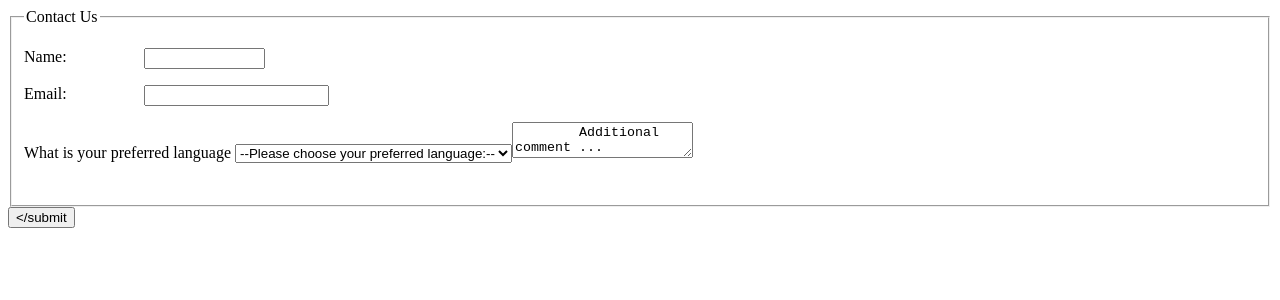
Repository: samuraijane/dc-builders
Page: week6/1-tuesday/homework/exercise2/index.html
An editor plug-in stored every save of this project. The page is shown before and after the next save, followed by the edit.
The browser window is 1280 px wide. The pictures show the whole page.

Above is the page before, as saved 2020-08-13 19:05:50.

### week6/1-tuesday/homework/exercise2/index.html
<!doctype html>

<html lang="en">
  <head>
    <meta charset="utf-8">
    <title>Week6 – Tuesday Homework Exercise 2</title>
    <meta name="description" content="Week6 – Tuesday Homework Exercise 2">
    <meta name="author" content="<yourNameGoesHere>">
    <link rel="stylesheet" href="style.css">
  </head>

  <body>
   <form onsubmit="alert('hello')">
    <fieldset>
      <legend>Contact Us</legend>
      <p>
        <label for="name"> Name: </label>
        <input type="text" id="name" name="name" required
                minlength="4" maxlength="10" size="12">
      </p>
      <p>
        <label for="email"> Email: </label>
        <input type="email" id="email" name="email" required>
      </p>
      <label for="language-select"> What is your preferred language </label>
      <select name="language" id="language-select">
        <option value="" disabled selected>--Please choose your preferred language:--</option>
        <option value="action">English</option>
        <option value="adventure">Spanish</option>
        <option value="comedy">French</option>
        <label for="additional-input"> Please provide additional details: </label>
        <p>
          <textarea id="additional-input" name="additional-input">
        Additional comment ...
          </textarea>
        </p>
    </fieldset>

    <input type="submit" value=</submit>
  </form>
    <script src="script.js"></script>
  </body>
</html>

### week6/1-tuesday/homework/exercise2/style.css
label {
    min-width: 120px;
}

p {
    display: flex;
}

Loaded but not shown: week6/1-tuesday/homework/exercise2/script.js (empty)

After the next save:
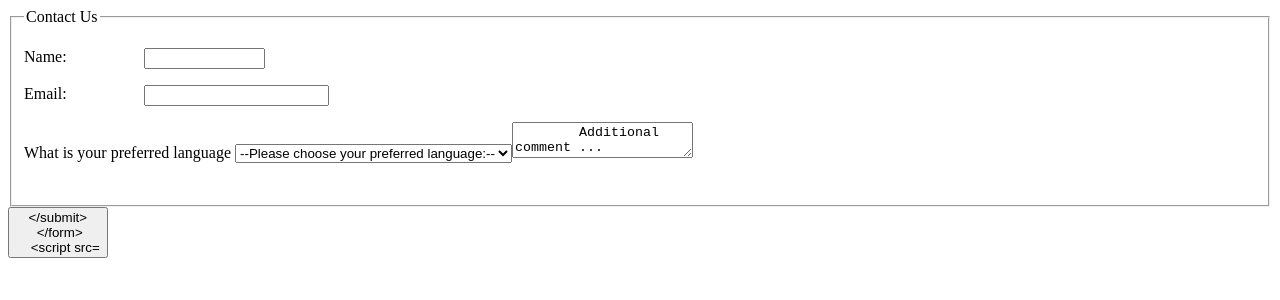
Saved 6 s later.
--- a/week6/1-tuesday/homework/exercise2/index.html
+++ b/week6/1-tuesday/homework/exercise2/index.html
@@ -36,7 +36,7 @@
         </p>
     </fieldset>
 
-    <input type="submit" value=</submit>
+    <input type="submit" value="</submit>
   </form>
     <script src="script.js"></script>
   </body>
